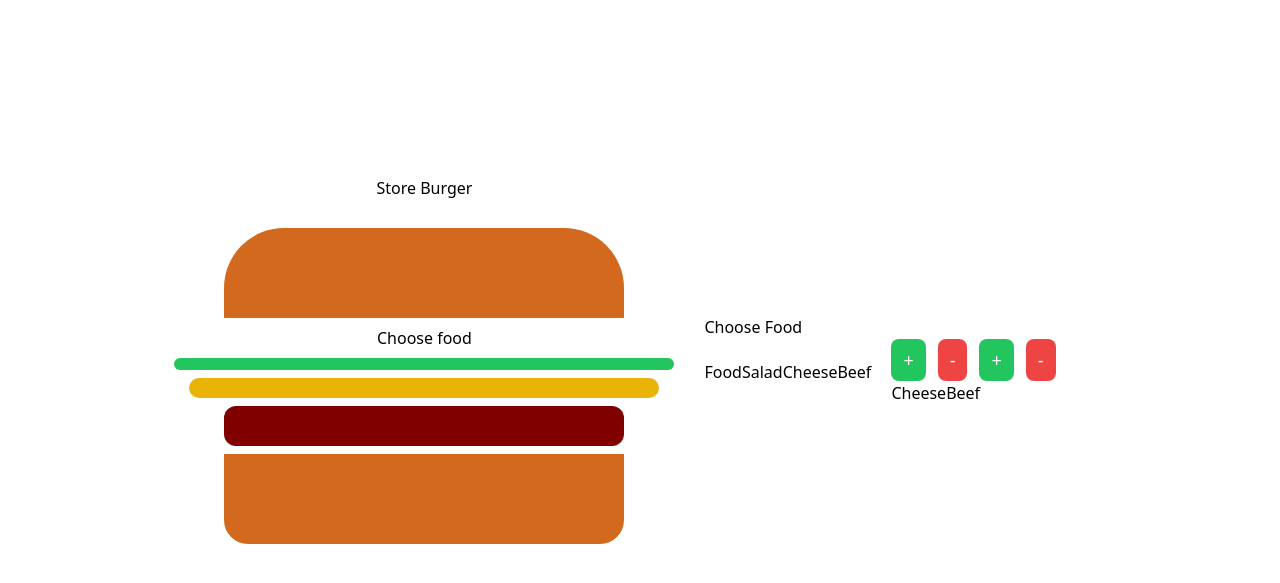
Repository: baobaodeveloper/bootcamp21_HuynhAnhBao_Burger
Page: /
The author's editor kept a copy of each file at every save. The page is drawn from the files as they stood at one save, then again after the next save.
The browser window is 1280 px wide. The pictures show the whole page.
The project was rebuilt for these pictures with package versions that can differ from the ones it lists, and the page was loaded fresh each time. Also part of the build but not shown: vite.config.js.

Above is the page before, as saved 2022-05-15 17:01:11.

### src/App.jsx
import Burger from "./components/Burger";

function App() {
  return <Burger></Burger>;
}

export default App;

### src/components/Burger.jsx
import React from "react";

export default function Burger() {
  return (
    <div>
      <div className="flex items-center gap-x-20  w-screen h-screen mx-auto justify-center">
        <div className="flex flex-col justify-center items-center gap-y-2 w-[400px]">
          <h2 className="mb-20">Store Burger</h2>
          <div className="bg-[#D2691E] w-full h-[30px] relative">
            <div className="bg-[#D2691E] w-full h-[60px] absolute top-0 left-0 -translate-y-[60px] rounded-tl-full rounded-tr-full"></div>
          </div>
          <p>Choose food</p>
          {/* loop here */}
          <div className="h-3 bg-green-500 w-[500px] rounded-full"></div>
          <div className="h-5 bg-yellow-500 w-[470px] rounded-full"></div>
          <div className="h-10 bg-[#800000] w-[400px] rounded-xl"></div>

          <div className="w-full bg-[#D2691E] h-[90px] rounded-br-3xl rounded-bl-3xl"></div>
        </div>

        <div className="">
          <h2>Choose Food</h2>
          <div className="flex items-center gap-x-5">
            <div>
              <span>Food</span>
              <span>Salad</span>
              <span>Cheese</span>
              <span>Beef</span>
            </div>

            <div>
              <span></span>
              <span className="flex gap-x-3">
                <button className="p-3 leading-none text-lg bg-green-500 text-white rounded-lg">
                  +
                </button>
                <button className="p-3 leading-none text-lg bg-red-500 text-white rounded-lg">
                  -
                </button>
                <button className="p-3 leading-none text-lg bg-green-500 text-white rounded-lg">
                  +
                </button>
                <button className="p-3 leading-none text-lg bg-red-500 text-white rounded-lg">
                  -
                </button>
              </span>
              <span>Cheese</span>
              <span>Beef</span>
            </div>
          </div>
        </div>
      </div>
    </div>
  );
}

Loaded but not shown: index.html (common file); src/main.jsx (common file); src/index.scss (common file); tailwind.config.js (common file)

After the next save:
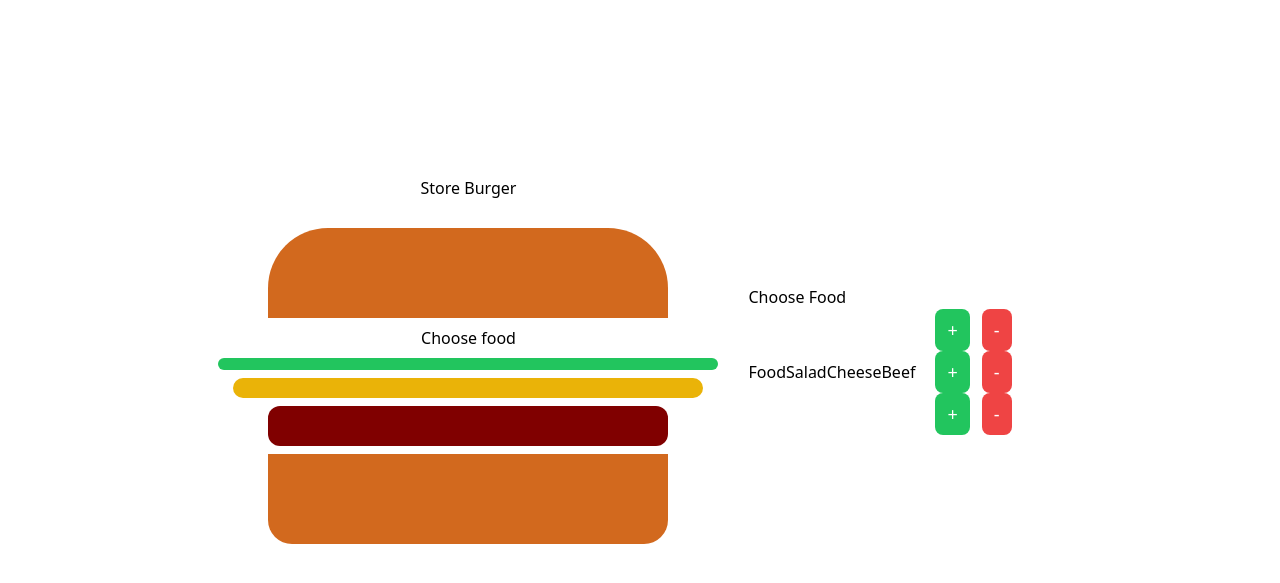
Saved 34 s later.
--- a/src/components/Burger.jsx
+++ b/src/components/Burger.jsx
@@ -37,6 +37,8 @@ export default function Burger() {
                 <button className="p-3 leading-none text-lg bg-red-500 text-white rounded-lg">
                   -
                 </button>
+              </span>
+              <span className="flex gap-x-3">
                 <button className="p-3 leading-none text-lg bg-green-500 text-white rounded-lg">
                   +
                 </button>
@@ -44,8 +46,14 @@ export default function Burger() {
                   -
                 </button>
               </span>
-              <span>Cheese</span>
-              <span>Beef</span>
+              <span className="flex gap-x-3">
+                <button className="p-3 leading-none text-lg bg-green-500 text-white rounded-lg">
+                  +
+                </button>
+                <button className="p-3 leading-none text-lg bg-red-500 text-white rounded-lg">
+                  -
+                </button>
+              </span>
             </div>
           </div>
         </div>
